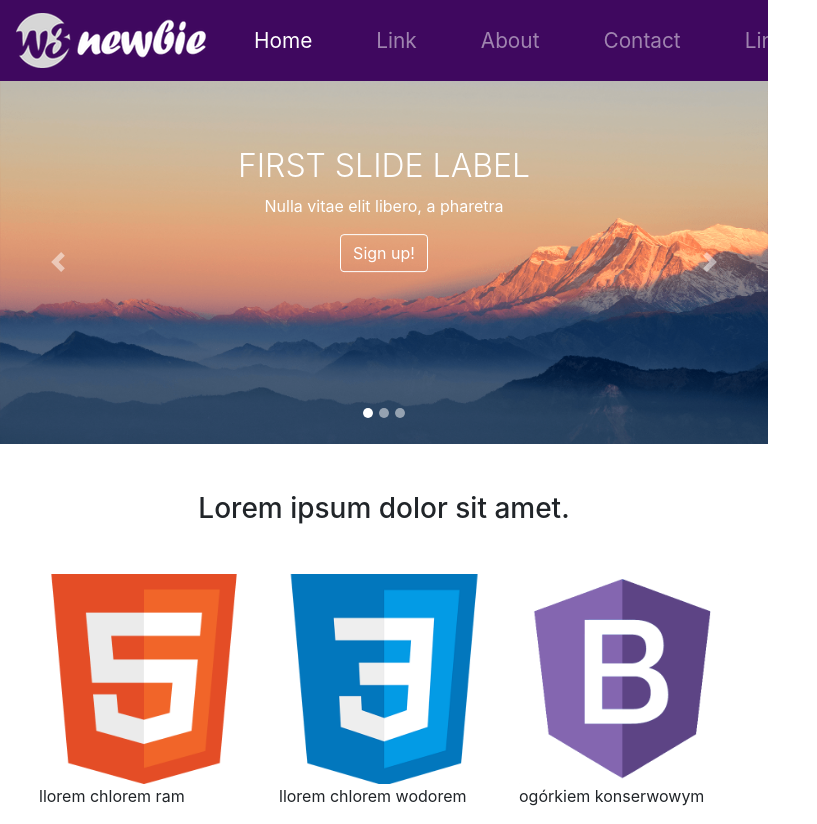
Repository: Mietlicha/bootstrap-project
Page: Bootstrap Website Files/index.html
The author's editor kept a copy of each file at every save. The page is drawn from the files as they stood at one save, then again after the next save.
The browser window is 768 px wide. The page is 817 px wide, so the pictures cover 817 px, including what lies to the right of the window. The pictures show the whole page.

Above is the page before, as saved 2019-10-28 23:47:52.

### Bootstrap Website Files/index.html
<!DOCTYPE html>
<html lang="en">

<head>
  <title>Bootstrap Website Tutorial</title>
  <meta charset="utf-8">
  <meta name="viewport" content="width=device-width, initial-scale=1">
  <link rel="stylesheet" href="https://stackpath.bootstrapcdn.com/bootstrap/4.3.1/css/bootstrap.min.css"
    integrity="sha384-ggOyR0iXCbMQv3Xipma34MD+dH/1fQ784/j6cY/iJTQUOhcWr7x9JvoRxT2MZw1T" crossorigin="anonymous">
  <link rel="stylesheet" href="https://cdnjs.cloudflare.com/ajax/libs/font-awesome/4.7.0/css/font-awesome.min.css">
  <link rel="stylesheet" href="..//style.css">
</head>

<body>
  <!--Navbar--------------------------------------------------------------------------------------------------->
  <nav class="navbar navbar-expand-md navbar-dark bg-violet">
    <a class="navbar-brand" href="#"><img src="img/w3newbie.png" alt="logo"></a>
    <button class="navbar-toggler" type="button" data-toggle="collapse" data-target="#navbarSupportedContent"
      aria-controls="navbarSupportedContent" aria-expanded="false" aria-label="Toggle navigation">
      <span class="navbar-toggler-icon"></span>
    </button>

    <div class="collapse navbar-collapse" id="navbarSupportedContent">
      <ul class="navbar-nav ml-auto">
        <li class="nav-item active">
          <a class="nav-link" href="#">Home <span class="sr-only">(current)</span></a>
        </li>
        <li class="nav-item">
          <a class="nav-link" href="#">Link</a>
        </li>
        <li class="nav-item">
          <a class="nav-link" href="#">About</a>
        </li>
        <li class="nav-item">
          <a class="nav-link" href="#">Contact</a>
        </li>
        <li class="nav-item">
          <a class="nav-link" href="#">Link</a>
        </li>
      </ul>
    </div>
  </nav>

  <!--Slider-------------------------------------------------------------------------------------------------->
  <section>
    <div id="carouselExampleIndicators" class="carousel slide" data-interval="false" data-ride="carousel">
      <ol class="carousel-indicators">
        <li data-target="#carouselExampleIndicators" data-slide-to="0" class="active"></li>
        <li data-target="#carouselExampleIndicators" data-slide-to="1"></li>
        <li data-target="#carouselExampleIndicators" data-slide-to="2"></li>
      </ol>
      <div class="carousel-inner">
        <div class="carousel-item active">
          <img src="img/mountains.png" class="d-block w-100 position-carusel-caption" alt="mountains">
          <div class="carousel-caption">
            <h1 class="display-4 text-uppercase">First slide label</h1>
            <p>Nulla vitae elit libero, a pharetra</p>
            <button type="button" class="btn btn-outline-primary mb-5">Sign up!</button>
          </div>
        </div>
        <div class="carousel-item">
          <img src="img/red.png" class="d-block w-100" alt="dusk at mountains">
        </div>
        <div class="carousel-item">
          <img src="img/snow.png" class="d-block w-100" alt="snowy mountains">
        </div>
      </div>
      <a class="carousel-control-prev" href="#carouselExampleIndicators" role="button" data-slide="prev">
        <span class="carousel-control-prev-icon" aria-hidden="true"></span>
        <span class="sr-only">Previous</span>
      </a>
      <a class="carousel-control-next" href="#carouselExampleIndicators" role="button" data-slide="next">
        <span class="carousel-control-next-icon" aria-hidden="true"></span>
        <span class="sr-only">Next</span>
      </a>
    </div>
  </section>

  <!--content--------------------------------------------------------------------------------------------------->
  <section>
      <header class="text-center my-3 my-md-5"><h3>Lorem ipsum dolor sit amet.</h3></header>
    <div class="main-container container">
        <div class="row">
          <figure class="col-12 col-md-4">
            <a href="#"><img src="img/html5.png" class="img-fluid" alt="html5"></a>
            <figcaption >llorem chlorem ram</figcaption>
          </figure>
          <figure class="col-12 col-md-4">
            <a href="#"><img src="img/css3.png" class="img-fluid" alt="css3"></a>
            <figcaption>llorem chlorem wodorem</figcaption>
          </figure>
          <figure class="col-12 col-md-4">
            <a href="#"><img src="img/bootstrap.png" class="img-fluid" alt="bootstrap"></a>
            <figcaption>ogórkiem konserwowym</figcaption>
          </figure>
        </div>
    </div>
  </section>

  <script src="https://code.jquery.com/jquery-3.3.1.slim.min.js"
    integrity="sha384-q8i/X+965DzO0rT7abK41JStQIAqVgRVzpbzo5smXKp4YfRvH+8abtTE1Pi6jizo"
    crossorigin="anonymous"></script>
  <script src="https://cdnjs.cloudflare.com/ajax/libs/popper.js/1.14.7/umd/popper.min.js"
    integrity="sha384-UO2eT0CpHqdSJQ6hJty5KVphtPhzWj9WO1clHTMGa3JDZwrnQq4sF86dIHNDz0W1"
    crossorigin="anonymous"></script>
  <script src="https://stackpath.bootstrapcdn.com/bootstrap/4.3.1/js/bootstrap.min.js"
    integrity="sha384-JjSmVgyd0p3pXB1rRibZUAYoIIy6OrQ6VrjIEaFf/nJGzIxFDsf4x0xIM+B07jRM"
    crossorigin="anonymous"></script>
</body>

</html>

### style.css
*{
    box-sizing: border-box;
}

body{
    margin: 0;
    padding: 0;
}

/*Navbar*/
.bg-violet{
    background-color: rgb(63, 8, 95);
}

.nav-item{
    padding: 0 1.5rem;
    font-size: 1.3rem;
}

.navbar-dark .navbar-nav .nav-link:hover {
    color: rgb(255,255,255);
}

/*Slider*/

.carousel-item{
    width: 100%;
    height: auto;
}
.carousel-indicators > li {
    width: 10px;
    height: 10px;
    border-radius: 50%;
  }

  /*wyśrodkowanie DIVA translateY!!!!!*/
  .carousel-caption{
    position: absolute;
    top: 50%;
    transform: translateY(-50%);
}

.btn-outline-primary{
    border-color: #fff;
    color: #fff;
}

.btn-outline-primary:focus{
    border: none;
}

/*content*/
/* .main-container{
    display: flex;
    flex-wrap: wrap;
    justify-content: center;
}

.main-container figure{
    flex-grow: 1;
    text-align: center;
    max-width: 30%;
    min-width: 150px;
}

.main-container img{
    max-width: 100%;
    height: auto;
} */

@media(max-width:768px){
    .carousel-caption{
        top: 40%;
        transform: translateY(-50%);
    }

    .carousel-caption h1{
        font-size: 2rem;
    }
}

@media(max-width:500px){
    .carousel-caption{
        top: 33%;
        transform: translateY(-50%);
    }

    .carousel-caption h1{
        font-size: 1.7rem;
    }

    .carousel-caption p{
        font-size: 0.7rem;
    }
}

After the next save:
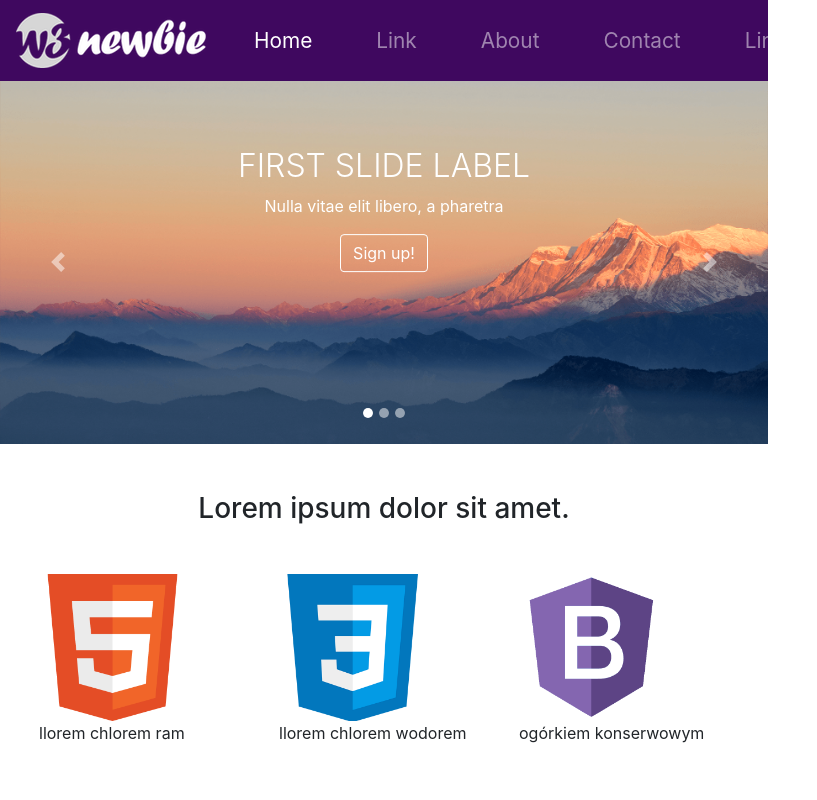
Saved 108 s later.
--- a/style.css
+++ b/style.css
@@ -77,6 +77,11 @@
     .carousel-caption h1{
         font-size: 2rem;
     }
+
+    .container img{
+        max-width: 70%;
+        height: auto;
+    } */
 }
 
 @media(max-width:500px){
